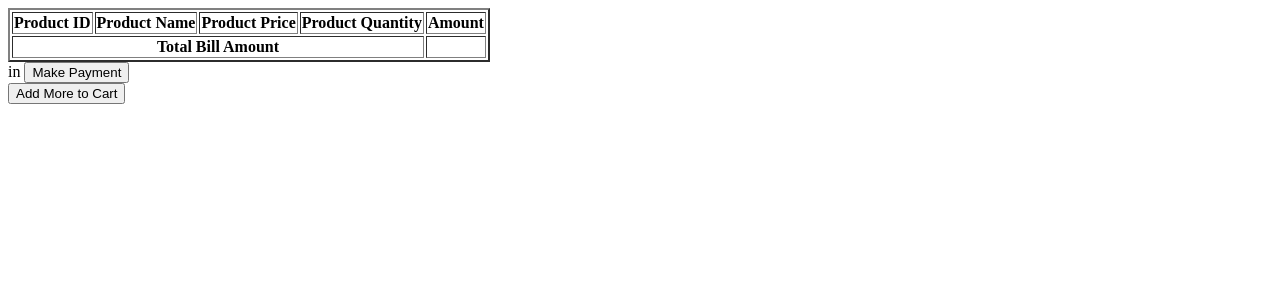
Repository: devgpta19/CDAC-Assignments
Page: http://localhost/ProductsAndUsersUsingJSPAndServlet/ShowCart.jsp
An editor plug-in stored every save of this project. The page is shown before and after the next save, followed by the edit.
The browser window is 1280 px wide. The pictures show the whole page.
The page is served by Tomcat 9. Other server files are loaded and not shown. The template is opened directly, without the code that normally fills it, so the values that code supplies are empty.

Above is the page before, as saved 2025-11-28 13:19:52.

### Adv.Java/Day6-8/ProductsAndUsersUsingJSPAndServlet/src/main/webapp/ShowCart.jsp
<%@ page language="java" contentType="text/html; charset=ISO-8859-1"
	pageEncoding="ISO-8859-1"%>
<%@taglib prefix="c" uri="http://java.sun.com/jsp/jstl/core"%>

<!DOCTYPE html>
<html>
<head>
<meta charset="ISO-8859-1">
<title>Insert title here</title>
</head>
<body>
	<%
	double tamt = 0;
	%>
	<form action="makePayment" method="post">
		<table border='2'>
			<tr>
				<th>Product ID</th>
				<th>Product Name</th>
				<th>Product Price</th>
				<th>Product Quantity</th>
				<th>Amount</th>
			</tr>
			<c:forEach var="p" items="${cartList}">
				<tr>
					<c:set var="amt" value="${p.p_qty * p.p_price}"></c:set>
					<td>${p.p_id}</td>
					<td>${p.p_name}</td>
					<td>${p.p_price}</td>
					<td>${p.p_qty}</td>
					<td>${amt}</td>
					<c:set var="tamt" value="${tamt + amt}"></c:set>
				</tr>
			</c:forEach>
			<tr>
				<th colspan='4'>Total Bill Amount</th>
				<th>${tamt}</th>
			</tr>
		</table>

		in

		<button type="submit" name="btn" id="btn">Make Payment</button>
	</form>

	<form action="Category" method="post">
		<button type="submit" name="btn" id="btn">Add More to Cart</button>
	</form>
</body>
</html>

After the next save:
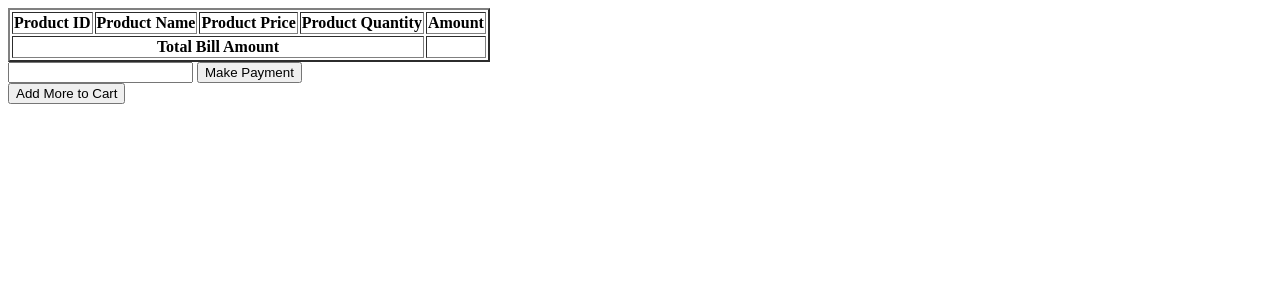
Saved 4 s later.
--- a/Adv.Java/Day6-8/ProductsAndUsersUsingJSPAndServlet/src/main/webapp/ShowCart.jsp
+++ b/Adv.Java/Day6-8/ProductsAndUsersUsingJSPAndServlet/src/main/webapp/ShowCart.jsp
@@ -38,7 +38,7 @@
 			</tr>
 		</table>
 
-		in
+		<input>
 
 		<button type="submit" name="btn" id="btn">Make Payment</button>
 	</form>
